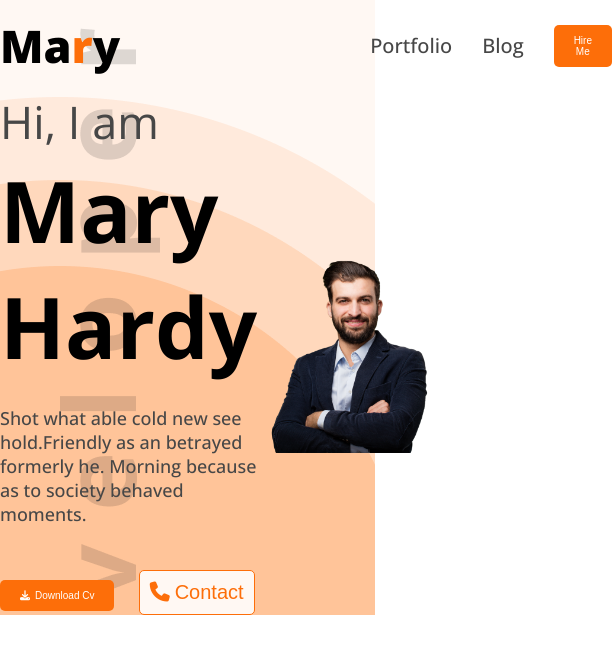
Repository: nahid-hasann/website-1
Page: index.html
An editor plug-in stored every save of this project. The page is shown before and after a run of saves, followed by the edit.
The browser window is 375 px wide. The page is 612 px wide, so the pictures cover 612 px, including what lies to the right of the window. The pictures show the whole page.

Above is the page before, as saved 2025-07-16 12:08:45.

### index.html
<!DOCTYPE html>
<html lang="en">
<head>
    <meta charset="UTF-8">
    <meta name="viewport" content="width=device-width, initial-scale=1.0">
    <title>Document</title>
    <link rel="preconnect" href="https://fonts.googleapis.com">
<link rel="preconnect" href="https://fonts.gstatic.com" crossorigin>
<link href="https://fonts.googleapis.com/css2?family=Open+Sans:ital,wght@0,300..800;1,300..800&display=swap" rel="stylesheet">
<link rel="stylesheet" href="style.css">
<link rel="stylesheet" href="https://cdnjs.cloudflare.com/ajax/libs/font-awesome/6.7.2/css/all.min.css" integrity="sha512-Evv84Mr4kqVGRNSgIGL/F/aIDqQb7xQ2vcrdIwxfjThSH8CSR7PBEakCr51Ck+w+/U6swU2Im1vVX0SVk9ABhg==" crossorigin="anonymous" referrerpolicy="no-referrer" />
<link rel="shortcut icon" href="images/icons/icons8-portfolio-50.png" type="image/x-icon">
</head>
<body class="open-sans-nahid">

<header class="main-header">
    <nav class="header">
          <div>
            <h3 class="nav-title">Ma<span style="color: #fd6e09;">r</span>y</h3>
          </div>
          <div class="menu">
            <ul>
            <li><a href="" class="dark-2" >Portfolio</a></li>
            <li><a  class="dark-2" href="">Blog</a></li>
            <li><button class="hire-me">Hire Me</button></li>
          </ul>
          </div>
    </nav>

    <div class="banner">

      <div class="banner-container">
        <h4 style="font-size: 45px; font-weight: 400;" class="dark-2">Hi, I  am</h4>
        <h1 style="font-size: 85px;">Mary Hardy</h1>
        <br>
        <p class="banner-description dark-2">
          Shot what able cold new see hold.Friendly as an betrayed formerly he. Morning because as to society behaved moments.
        </p>
        <br>
        <br>
        <button class="hire-me" style="margin-right: 20px;"><i class="fa-solid fa-download" style="margin-right: 5px;"></i>Download Cv</button>
        <button class="btn-2"><i class="fa-solid fa-phone" style="margin-right: 5px;"></i>Contact</button>
      </div>
      <img class="banner-img" src="images/hardy.png" alt="">

    </div>

</header>

<main >

  <section class="section hide">
      <h3 class="section-title">About Me</h3>
      <p style="font-size: 18px; color: grey; margin-top: 30px;">I, m a designer & developer with a passion for web design. I enjoy developing simple, clean and slick websites that provide real value to the end user. Thousands of clients have procured exceptional resulfs while working with me. Delivering work within time and budget which meets clients requirements in our mata.</p>

      <div class="about-items">

    <div class="about-item">
      <p class="item-title ektubeshi">Name:</p>
      <p class="item-description">Mary Hardy</p>
    </div>
    <div class="about-item">
      <p class="item-title">Email:</p>
      <p class="item-description">info@gmail.com</p>
    </div>
    <div class="about-item">
      <p class="item-title">Date of birth:</p>
      <p class="item-description">11 November 1987</p>
    </div>
    <div class="about-item">
      <p class="item-title">From:</p>
      <p class="item-description">Los Angeles, USA</p>
    </div>

  </div>

  </section>

  <section class="skiill hide">
            <h3 class="section-title">What I do</h3>
            <p class="section-des">I have more than 10 years experience building software for clients all over the world. Below is a quick overview of my main technical skill sets and technologies i use. Want to find out more about my experience? Check out my online resume and project portfolio.</p>

         <div class="skills-container">

          <div class="skkis-veriation">
            <img src="images/icons/js.png" alt="" class="skiils-img">
            <p class="skills-heading">Vanilla JavaScript</p>
            <p class="skiils-description"> List skill/technologies here. You can change the icon above to any of the 1500+ FontAwesome 5 free icons available. Aenean commodo ligula eget dolor.</p>
          </div>
          <div class="skkis-veriation">
            <img src="images/icons/react.png" alt="" class="skiils-img">
            <p class="skills-heading">React</p>
            <p class="skiils-description">List skill/technologies here. You can change the icon above to any of the 1500+ FontAwesome 5 free icons available. Aenean commodo ligula eget dolor.</p>
          </div>
          <div class="skkis-veriation">
            <img src="images/icons/nodejs.png" alt="" class="skiils-img">
            <p class="skills-heading">Node.js</p>
            <p class="skiils-description">List skill/technologies here. You can change the icon above to any of the 1500+ FontAwesome 5 free icons available. Aenean commodo ligula eget dolor.</p>
          </div>
          <div class="skkis-veriation">
            <img src="images/icons/mongo.png" alt="" class="skiils-img">
            <p class="skills-heading">MongoDB</p>
            <p class="skiils-description">List skill/technologies here. You can change the icon above to any of the 1500+ FontAwesome 5 free icons available. Aenean commodo ligula eget dolor.</p>
          </div>

         </div>

  </section>

  <section class="hide">

<div class="container-m">
    <h2>A Summary of My Resume</h2>
    <div class="grid">
      <div class="section-m">
        <h3>My Education</h3>
        <div class="item-m">
          <h4>Master in Computer Engineering</h4>
          <span>Harvard University / 2015 - 2017</span>
          <p>Specialized in advanced algorithms and software engineering principle.</p>
        </div>
        <hr>
        <br>
        <div class="item-m">
          <h4>Bachelor in Computer Science</h4>
          <span>MIT / 2011 - 2015</span>
          <p>Focused on data structures, programming, and system design.</p>
        </div>
        <hr>
        <br>
        <div class="item-m">
          <h4>Bachelor in Computer Science</h4>
          <span>MIT / 2011 - 2015</span>
          <p>Focused on data structures, programming, and system design.</p>
        </div>

      </div>
      <div class="section-m">
        <h3>My Experience</h3>
        <div class="item-m">
          <h4>Sr. Front End Developer</h4>
          <span>Apple Inc / 2020 - Current</span>
          <p>Developing scalable web apps using React and modern JavaScript.</p>
        </div>
    <hr>
        <br>
        <div class="item-m">
          <h4>Jr. Front End Developer</h4>
          <span>Dribbble Inc / 2018 - 2022</span>
          <p>Worked on UI components and improved user experience for design.</p>
        </div>
        <hr>
    <br>
        <div class="item-m">
          <h4>HTML Developer</h4>
          <span>Adobe Inc / 2017 - 2018</span>
          <p>Built static and dynamic pages ensuring responsive design.</p>
        </div>
      </div>
    </div>
  </div>

  <button class="hire-me" style="margin: 20px auto; display: block;"><i class="fa-solid fa-download" style="margin-right: 5px;"></i>Download Cv</button>

  </section>

</main>

<!-- .about-items*4>p.item-title+p.item-description  -->


<footer class="hide">

     <div class="main-footer">

     <div class="footer-column">
        <h3 class="section-title">Lets Connect</h3>
        <p style="font-size: 18px; color: grey; margin: 20px 0px;">Please fill out the form on this section to contact with me or call between 9:00 A.M and 8.00 P.M ET, Monday through Friday.</p>
        <img src="images/icons/facebook.png" alt="">
        <img style="margin: 0px 20px;" src="images/icons/twitter.png" alt="">
        <img src="images/icons/insta.png" alt="">
     </div>

     <div class="footer-column">

        <h3 class="section-title" style=" margin-bottom: 30px;">Lets Connect</h3>
        <form class="form" action="">
            <input type="text" name="" placeholder="Your Name" id=""> <br>
            <input type="email" name="" placeholder="Yoour Email" id=""> <br>
            <textarea name="" placeholder="Message" id=""></textarea> <br>
            <button class="hire-me" >Submit</button>
        </form>

     </div>

</div>

</footer>


</body>
</html>

### style.css
* {
  margin: 0;
  padding: 0;
  box-sizing: border-box;
}


.open-sans-nahid {
  font-family: "Open Sans", sans-serif;
  font-optical-sizing: auto;
  font-style: normal;
  font-variation-settings: "wdth" 100;
  font-weight: 500;
}

.main-header{
    background-image: url('images/developer.png'), url('images/header_bg.png') ;
    background-repeat: no-repeat;
    background-position: 60px  28px, bottom right ;
    background-color: #fff8f3;
}



.header{
    display: flex;
    justify-content: space-around;
    gap: 250px;
    align-items: center;
    /* background-color: red; */
    padding: 15px 0px;
}

.nav-title{
    font-weight: 800;
    font-size: 45px;
}

.menu ul{
    display: flex;
    gap: 30px;
    align-items: center;
}

.menu ul li{
    list-style: none;

}

.menu ul li a{
    text-decoration: none;
    font-size: 20px;
}

.hire-me{
    background-color: #fd6e09;
    padding: 10px;
    border-radius: 5px;
    color: white;
    border: none;
    font-size: 20px;
}

.btn-2{
    padding: 10px;
    border-radius: 5px;
    color: #fd6e09;
    border: 1px solid  #fd6e09;
    font-size: 20px;
    background-color: #fff8f3;
}

.dark-2{
    color: #474747;
}

.banner-container{
    width: 585px;
}

.banner-description{
    font-size: 18px;
}

.banner-img{
    width: 584px;
    height: 676px;
}

.banner{
    display: flex;
    align-items: center;
    justify-content: space-around;
    margin: 50px 0px 0px 170px;

}

.section{
    background-color: #fff8f3;
    padding: 150px;
    text-align: center;
    border-radius: 10px;
    margin: 130px 0px;
}

.section-title{
    font-size: 35px;
    font-weight: bold;
    color: #181818;
}

main{
    max-width: 1140px;
     margin: 0px auto;
}

.about-items{
    display: flex;
    justify-content: space-between;
}

.item-title{
    font-size: 18px;
    font-weight: 300;
    color: grey;
    margin-top: 30px;
}

.item-description{
    font-size: 18px ;
    font-weight: 700;
}

.skiill{
    text-align: center;
    margin-bottom: 130px;
}

.skills-container{
    display: flex;
    margin-top: 30px;
    gap: 30px;
    text-align: justify;
}

.skkis-veriation{
    background-color: #FFFFFF;
    box-shadow: 0px 6px 50px 0px rgba(0, 0, 0, 0.06);
padding: 30px;
border-radius: 5px;
margin-top: 20px;
}

.section-des{
    font-size: 18px;
    color: grey;
    margin-top: 30px;
     width: 909px;
     margin: 0px auto;
      margin-top: 30px;
}

.skills-heading{
    margin: 15px 0px;
    font-size: 20px ;
    font-weight: 700px;
}

.skiils-description{
     font-size: 16px;
     color: grey;
}

.resume{
    margin-bottom: 130px;
}

.resume-container{
    display: flex;
    gap: 40px;
    margin-top: 50px;
}

.resume h3{
    margin-bottom: 100px;
}

.resume-column h3{
    font-size: 30px ;
    font-weight: 700;
    margin-bottom: 20px;
}

.resume-column-title{
    font-size: 30px;
    font-weight: 700;
}

.experience{
    padding-right: 50px;
}

.experience-title{
        font-size: 25px;
    font-weight: 700;
    margin-bottom: 5px;
}

.experience-subtitle{
    font-size: 20px;
    font-weight: 600;

    color: rgba(117, 117, 117, 1);
}

.experince-description{
    margin-top: 20px;
    margin-bottom: 20px;
    font-size: 16px;
    color: rgba(117, 117, 117, 1);
}


.main-footer{
    margin-top: 130px;
    background-color: rgba(255, 248, 243, 1);
    padding: 50px 100px;
    display: flex;
    justify-content: space-around;
    align-items: center;
}

.footer-column{
    max-width: 40%;
}

.form input{
      display: block;
      padding: 12px 20px;
      width: 441px;
      font-size: 16px;
      border: none;
      border-radius: 5px;
}

.form textarea{
     width: 441px;
     font-size: 16px;
     border: none;
      border-radius: 5px;
      display: block;
      padding: 15px 20px;
      height: 180px;
}


.container-m{
  margin: auto;
  background: #fff;
  padding: 40px;
}

h2 {
  text-align: center;
  margin-bottom: 40px;
  font-size: 28px;
  margin-bottom: 50px;
}

.grid {
  display: grid;
  grid-template-columns: 1fr 1fr;
  gap: 30px;
}

.section-m h3 {
  margin-bottom: 20px;
  color: #ff6600;
  font-size: 20px;
}

.item-m {
  margin-bottom: 25px;
}

.item-m h4 {
  margin: 0 0 5px;
  font-size: 18px;
  color: #222;
}

.item-m span {
  display: block;
  color: #777;
  font-size: 14px;
  margin-bottom: 8px;
}

.item-m p {
  margin: 0;
  font-size: 14px;
  color: #555;
}

.hide{
    display: none;
}

@media screen and (max-width: 575px) {
    .section-title{
        font-size: 30px;
    }

    .section-des{
        font-size: 14px;
        max-width: 400px;
        min-width: 100px;
        padding: 0 10px;
    }

    .skills-container{
        flex-direction: column;
    }

    .skkis-veriation{
        margin: 0 20px;
        display: flex;
        flex-direction: column;
        align-items: center;
        justify-content: center;
        text-align: center;
    }

    .grid{
        grid-template-columns: 1fr;
    }

    .section-m h3{
        text-align: center;
    }

    .item-m{
        display: flex;
        flex-direction: column;
        align-items: center;
        justify-content: center;
    }

    .main-footer{
        flex-direction: column;
        padding: 20px 10px;
        margin-top: 70px;
    }

    .footer-column{
        max-width: 100%;
        text-align: center;
    }

    .form input{
max-width: 100%;
    }

    .form textarea{
        max-width: 100%;
    }

    .hire-me{
        font-size: 10px;
        padding: 10px 20px;
    }

    .section{
        padding: 50px 10px;
        margin: 70px 0;
    }

    .about-items{
        flex-direction: column;
    }

    .item-title{
        margin-top: 20px;
    }

    .ektubeshi{
        margin-top: 50px;
    }

.banner{
    margin: 0;
}

.banner-img{
    max-width: 200px;
    height: 200px;
}

.main-header{
    background-img: ;
}

}

After the next 2 saves:
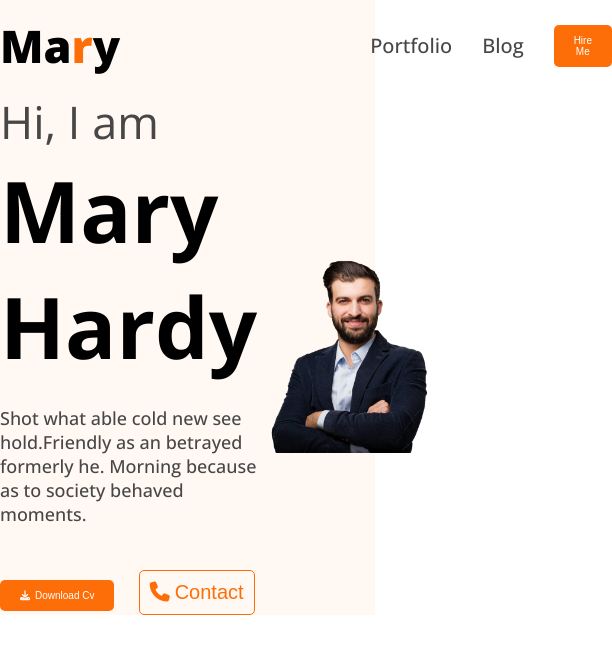
The 2 saves are shown as one change because they came seconds apart.
The last was saved 12 s later.
--- a/style.css
+++ b/style.css
@@ -397,7 +397,7 @@ max-width: 100%;
 }
 
 .main-header{
-    background-img: ;
-}
-
-}
+    background-image: none ;
+}
+
+}
